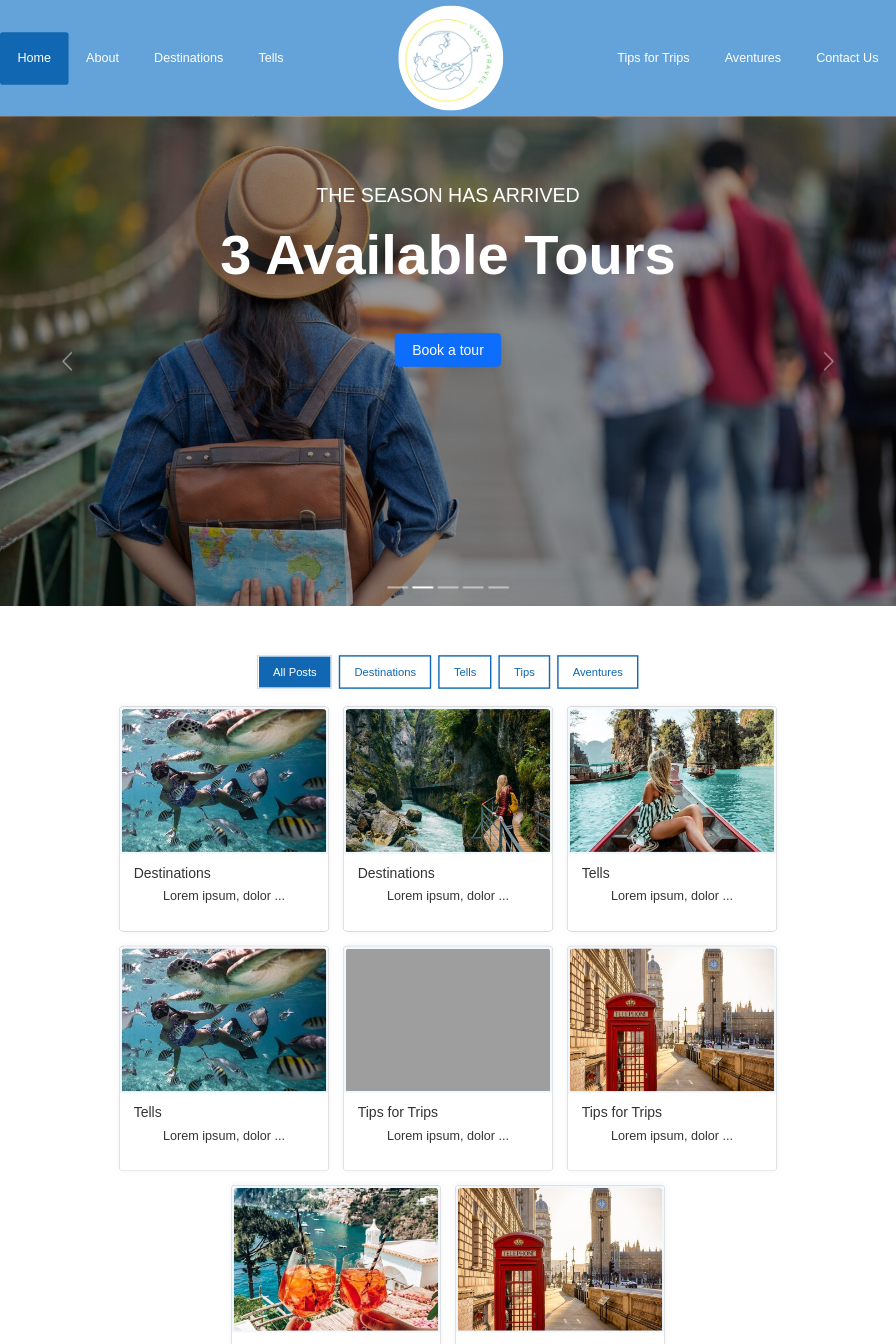
Repository: saraxhafa/TravelVisionBlog
Page: home.html
These files come from the project's save history. The page is drawn as it stood at one moment and after the next save; the edit follows.
The browser window is 1280 px wide. The pictures show the part of the page from y = 0 to 1920 px (the page is 2883 px tall), at 70% of full size.
After loading, the first visible `.filter_buttons > button` was clicked once.
Pictures or frames that could not be fetched are drawn as grey boxes.

Above is the page before, as saved 2024-05-30 18:50:44.
Console error: TypeError: Cannot read properties of null (reading 'classList')

After the next save:
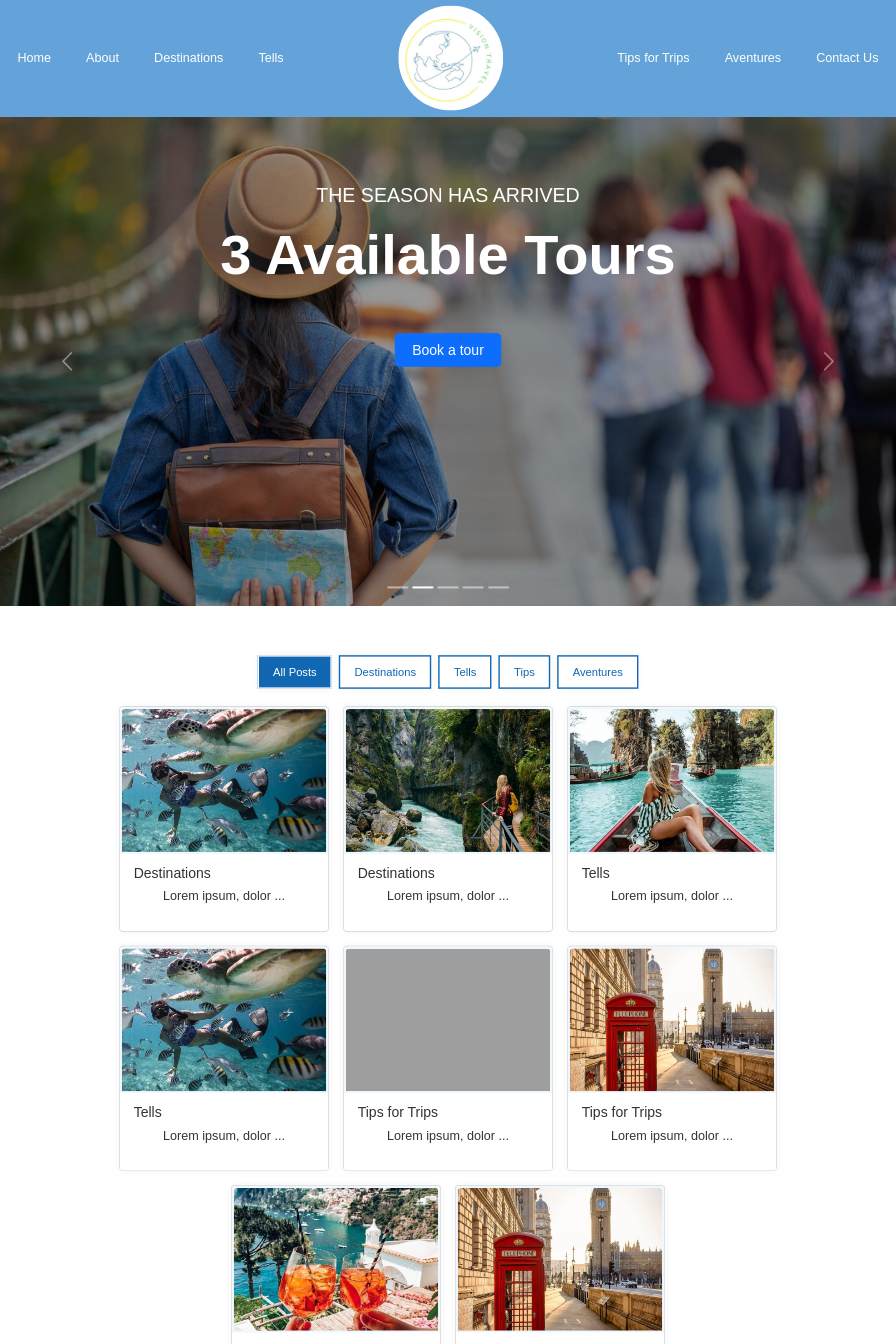
Saved 37 s later.
--- a/javascript/home.js
+++ b/javascript/home.js
@@ -37,6 +37,7 @@ console.log(filterableCards, filterButtons);
 
 //Define the filter cards function
 const filterable_cards = e=> {
+  document.querySelector(".active").classList.remove("active");
 console.log(e.target);
 }
 
